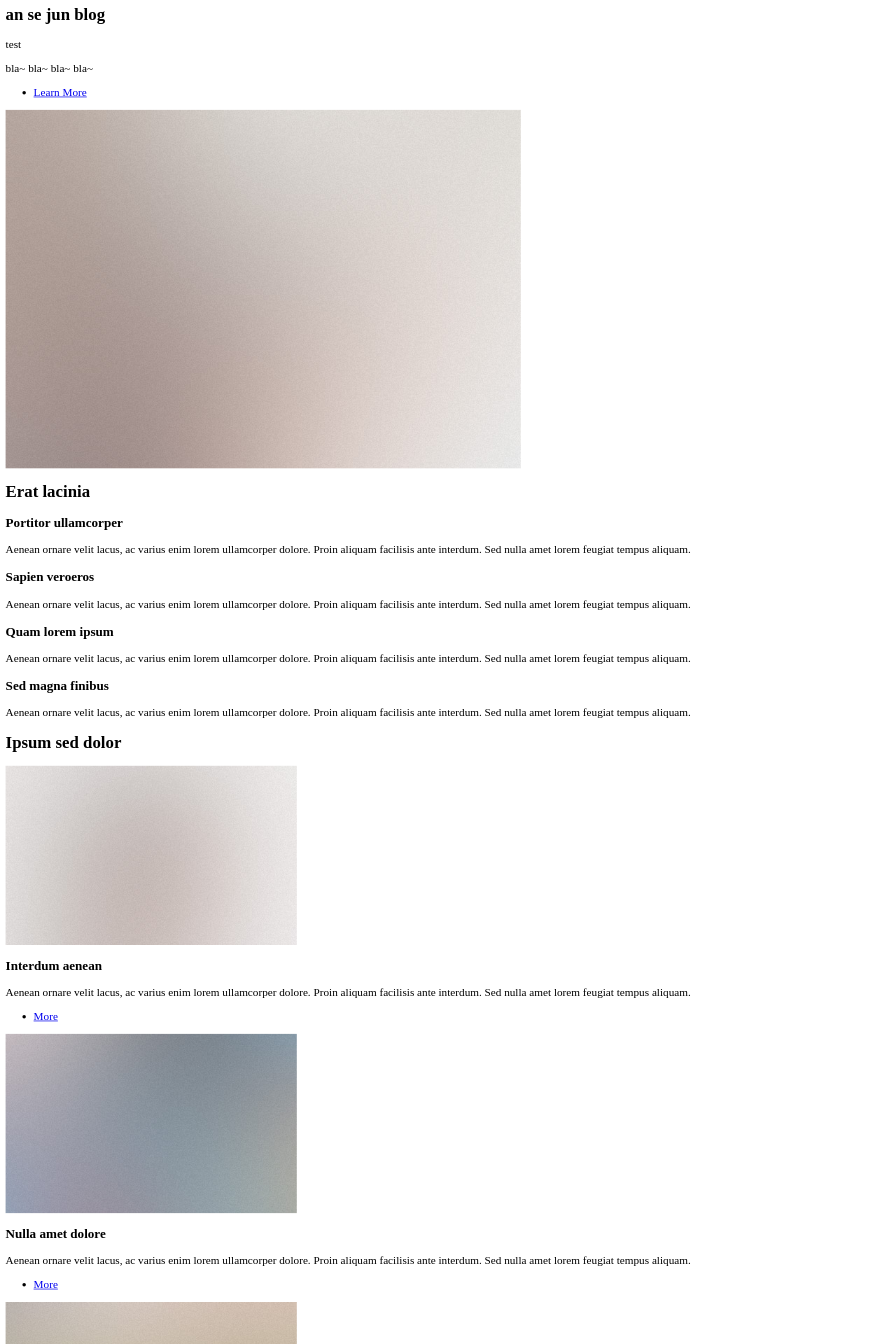
Repository: noCountJun/blog
Page: http://localhost/blogProject2/WEB-INF/views/main/home.jsp
These files come from the project's save history. The page is drawn as it stood at one moment and after the next save; the edit follows.
The browser window is 1280 px wide. The pictures show the part of the page from y = 0 to 1920 px (the page is 3394 px tall before and 3056 px after), at 70% of full size.
The page is served by Tomcat 9. Nobody is signed in. Other server files are loaded and not shown. The template is opened directly, without the code that normally fills it, so the values that code supplies are empty.

Above is the page before, as saved 2019-09-03 07:28:32.

### blogProject2/src/main/webapp/WEB-INF/views/main/home.jsp
<%@ page contentType="text/html; charset=utf-8" pageEncoding="utf-8"%>
<%@ taglib uri="http://java.sun.com/jsp/jstl/core" prefix="c" %>
<%@ page session="false" %>


				<!-- Banner -->
					<section id="banner">
						<div class="content">
							<header>
								<h1>an se jun blog </h1>
								<p> test</p>
							</header>
							<p>bla~ bla~ bla~ bla~ </p>
							<ul class="actions">
								<li><a href="#" class="button big">Learn More</a></li>
							</ul>
						</div>
						<span class="image object">
							<img src="images/pic10.jpg" alt="" />
						</span>
					</section>

				<!-- Section -->
					<section>
						<header class="major">
							<h2>Erat lacinia</h2>
						</header>
						<div class="features">
							<article>
								<span class="icon fa-gem"></span>
								<div class="content">
									<h3>Portitor ullamcorper</h3>
									<p>Aenean ornare velit lacus, ac varius enim lorem ullamcorper dolore. Proin aliquam facilisis ante interdum. Sed nulla amet lorem feugiat tempus aliquam.</p>
								</div>
							</article>
							<article>
								<span class="icon solid fa-paper-plane"></span>
								<div class="content">
									<h3>Sapien veroeros</h3>
									<p>Aenean ornare velit lacus, ac varius enim lorem ullamcorper dolore. Proin aliquam facilisis ante interdum. Sed nulla amet lorem feugiat tempus aliquam.</p>
								</div>
							</article>
							<article>
								<span class="icon solid fa-rocket"></span>
								<div class="content">
									<h3>Quam lorem ipsum</h3>
									<p>Aenean ornare velit lacus, ac varius enim lorem ullamcorper dolore. Proin aliquam facilisis ante interdum. Sed nulla amet lorem feugiat tempus aliquam.</p>
								</div>
							</article>
							<article>
								<span class="icon solid fa-signal"></span>
								<div class="content">
									<h3>Sed magna finibus</h3>
									<p>Aenean ornare velit lacus, ac varius enim lorem ullamcorper dolore. Proin aliquam facilisis ante interdum. Sed nulla amet lorem feugiat tempus aliquam.</p>
								</div>
							</article>
						</div>
					</section>

				<!-- Section -->
					<section>
						<header class="major">
							<h2>Ipsum sed dolor</h2>
						</header>
						<div class="posts">
							<article>
								<a href="#" class="image"><img src="images/pic01.jpg" alt="" /></a>
								<h3>Interdum aenean</h3>
								<p>Aenean ornare velit lacus, ac varius enim lorem ullamcorper dolore. Proin aliquam facilisis ante interdum. Sed nulla amet lorem feugiat tempus aliquam.</p>
								<ul class="actions">
									<li><a href="#" class="button">More</a></li>
								</ul>
							</article>
							<article>
								<a href="#" class="image"><img src="images/pic02.jpg" alt="" /></a>
								<h3>Nulla amet dolore</h3>
								<p>Aenean ornare velit lacus, ac varius enim lorem ullamcorper dolore. Proin aliquam facilisis ante interdum. Sed nulla amet lorem feugiat tempus aliquam.</p>
								<ul class="actions">
									<li><a href="#" class="button">More</a></li>
								</ul>
							</article>
							<article>
								<a href="#" class="image"><img src="images/pic03.jpg" alt="" /></a>
								<h3>Tempus ullamcorper</h3>
								<p>Aenean ornare velit lacus, ac varius enim lorem ullamcorper dolore. Proin aliquam facilisis ante interdum. Sed nulla amet lorem feugiat tempus aliquam.</p>
								<ul class="actions">
									<li><a href="#" class="button">More</a></li>
								</ul>
							</article>
							<article>
								<a href="#" class="image"><img src="images/pic04.jpg" alt="" /></a>
								<h3>Sed etiam facilis</h3>
								<p>Aenean ornare velit lacus, ac varius enim lorem ullamcorper dolore. Proin aliquam facilisis ante interdum. Sed nulla amet lorem feugiat tempus aliquam.</p>
								<ul class="actions">
									<li><a href="#" class="button">More</a></li>
								</ul>
							</article>
							<article>
								<a href="#" class="image"><img src="images/pic05.jpg" alt="" /></a>
								<h3>Feugiat lorem aenean</h3>
								<p>Aenean ornare velit lacus, ac varius enim lorem ullamcorper dolore. Proin aliquam facilisis ante interdum. Sed nulla amet lorem feugiat tempus aliquam.</p>
								<ul class="actions">
									<li><a href="#" class="button">More</a></li>
								</ul>
							</article>
							<article>
								<a href="#" class="image"><img src="images/pic06.jpg" alt="" /></a>
								<h3>Amet varius aliquam</h3>
								<p>Aenean ornare velit lacus, ac varius enim lorem ullamcorper dolore. Proin aliquam facilisis ante interdum. Sed nulla amet lorem feugiat tempus aliquam.</p>
								<ul class="actions">
									<li><a href="#" class="button">More</a></li>
								</ul>
							</article>
						</div>
					</section>

After the next save:
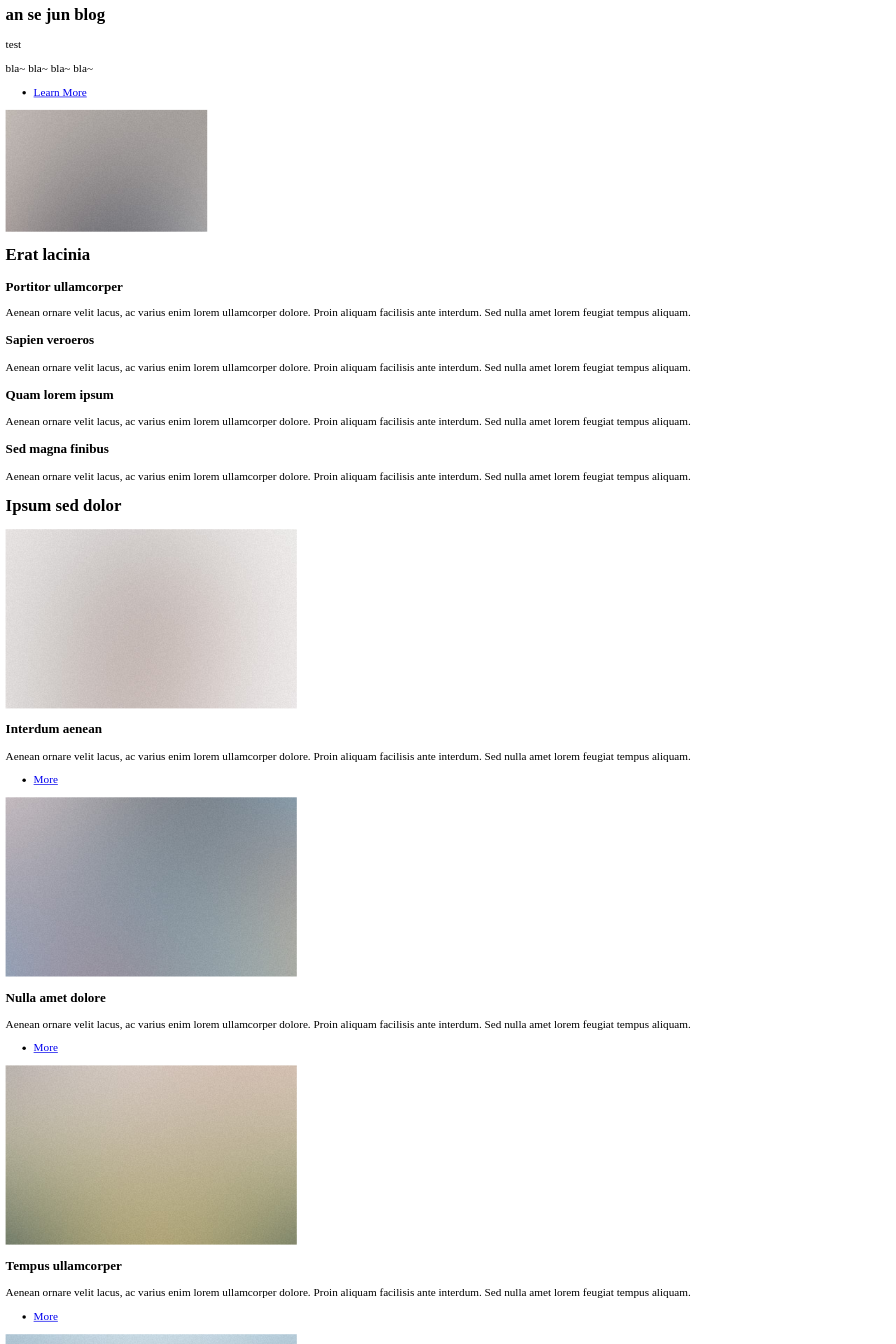
Saved 3 min 13 s later.
--- a/blogProject2/src/main/webapp/WEB-INF/views/main/home.jsp
+++ b/blogProject2/src/main/webapp/WEB-INF/views/main/home.jsp
@@ -16,7 +16,7 @@
 							</ul>
 						</div>
 						<span class="image object">
-							<img src="images/pic10.jpg" alt="" />
+							<img src="/resources/images/pic07.jpg" alt="" />
 						</span>
 					</section>
 
